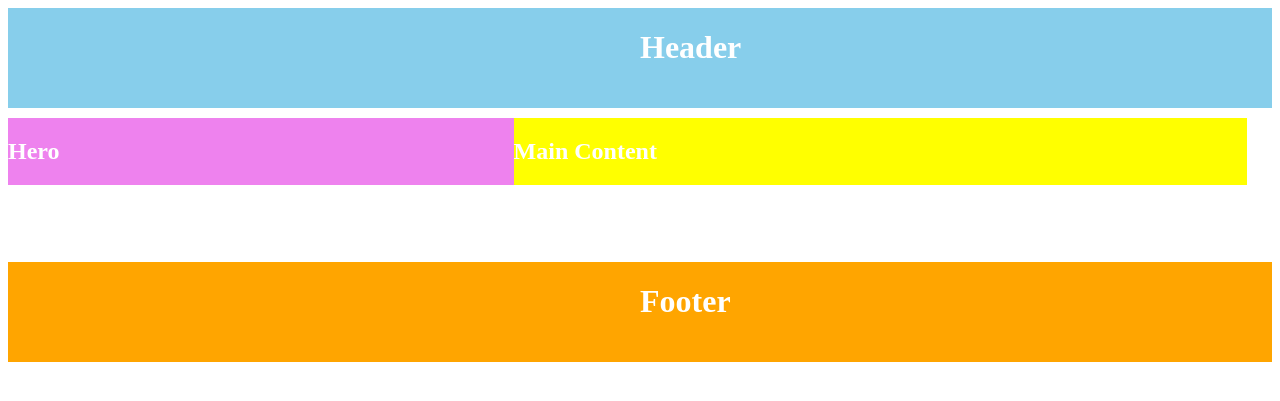
Repository: harshitanthal1/assignments_avisoft
Page: 01-02-2024/assignment_2/index.html
These files come from the project's save history. The page is drawn as it stood at one moment and after the next save; the edit follows.
The browser window is 1280 px wide. The pictures show the whole page.

Above is the page before, as saved 2024-02-01 13:57:21.

### 01-02-2024/assignment_2/index.html
<!DOCTYPE html>
<html lang="en">
<head>
    <meta charset="UTF-8">
    <meta name="viewport" content="width=device-width, initial-scale=1.0">
    <title>Assignment 2</title>
    <link rel="stylesheet" href="styles/styles.css" />
</head>
<body>
       <div id="header"><h1>Header</h1></div>
       <div id="main">
           <div id="box1"><h2>Hero</h2></div>
           <div id="box2"><h2>Main Content</h2></div>
           <div id="box3"><h2>Sidebar</h2></div>
           <div id="box4"><h2>Extra Content</h2></div>
           <div id="box5"><h2>Related Images</h2></div>
           <div id="box6"><h2>Related Posts</h2></div>
       </div>
       <div id="footer"><h1>Footer</h1></div>
</body>
</html>

### 01-02-2024/assignment_2/styles/styles.css

#header {
    background-color: skyblue;
    display: flex;
    color: white;
    padding-left: 50%;
    height: 100px;
    margin-bottom: 10px;
}

#main {
    display: flex;
    flex-wrap: wrap;
    color: white;
}

#box1 {
    background-color: violet;
    width: 40%;

}

#box2 {
    background-color: yellow;
    width: 58%;
}

#box3 {

}

#box4 {

}

#box5 {

}

#box6 {

}

#footer {
    background-color: orange;
    display: flex;
    color: white;
    padding-left: 50%;
    height: 100px;
    margin-top: 10px;
}

After the next save:
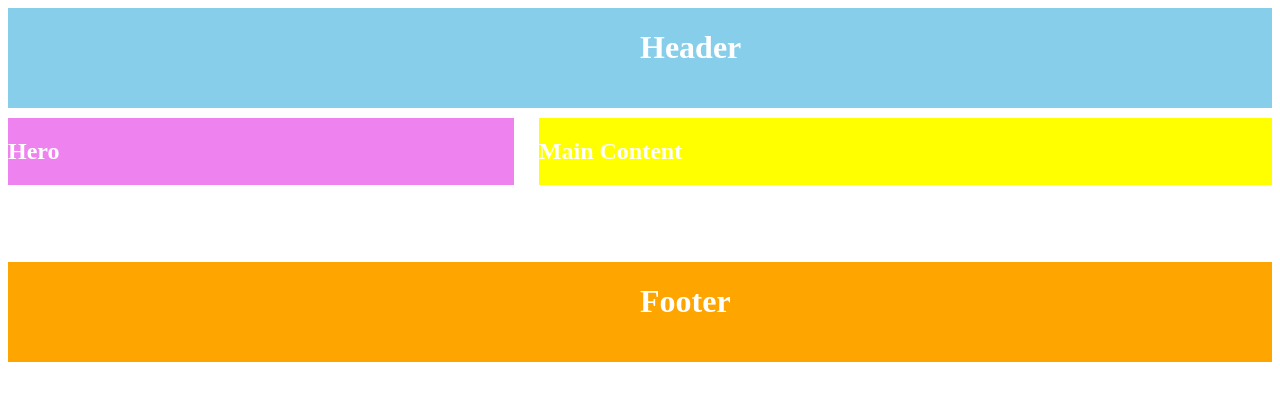
Saved 38 s later.
--- a/01-02-2024/assignment_2/styles/styles.css
+++ b/01-02-2024/assignment_2/styles/styles.css
@@ -17,6 +17,7 @@
 #box1 {
     background-color: violet;
     width: 40%;
+    margin-right: 2%;
 
 }
 
